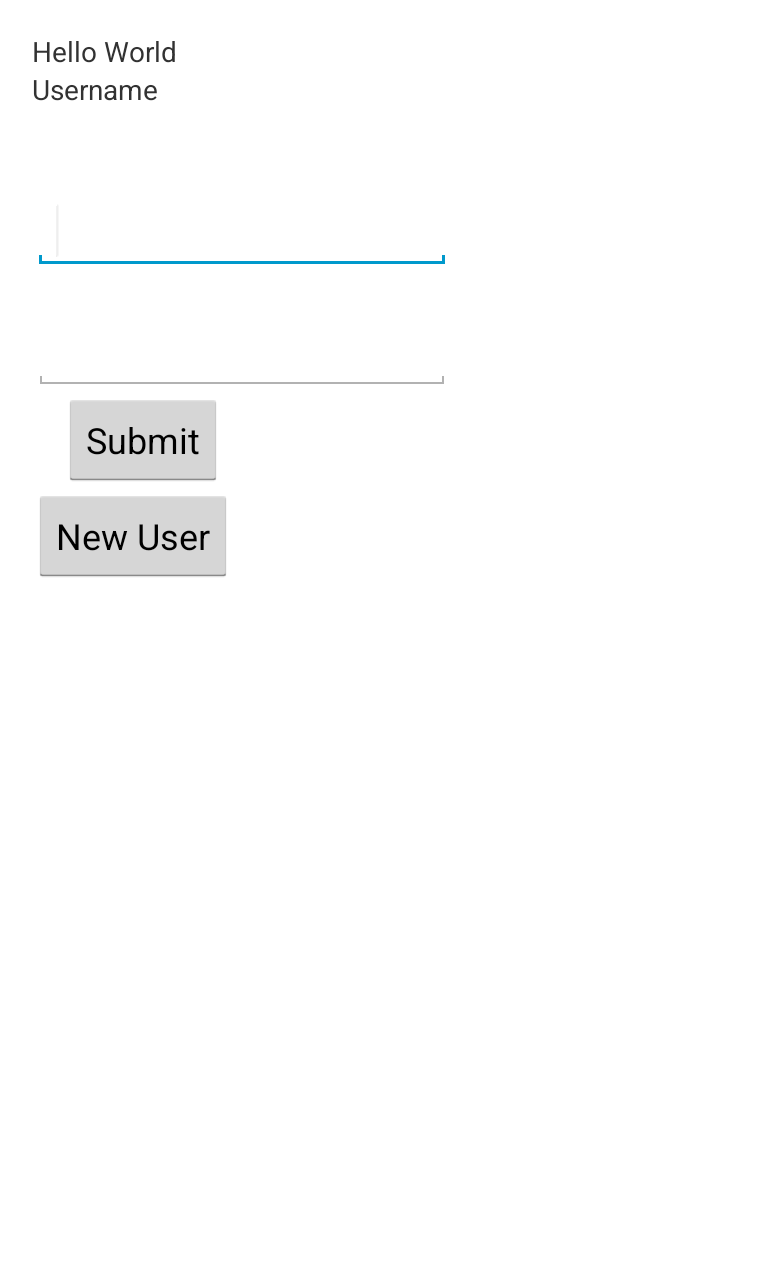
Repository: sbobra/women-startupweekend-sf
Layout: LaundryList/res/layout/activity_login.xml
The author's editor kept a copy of each file at every save. The layout is drawn from the files as they stood at one save, then again after a run of saves.
It is drawn on a 768 x 1280 px phone screen (xhdpi) without system bars, with theme AppTheme; the app's code is not run.

Above is the layout before, as saved 2013-09-15 01:14:40.

### LaundryList/res/layout/activity_login.xml
<LinearLayout xmlns:android="http://schemas.android.com/apk/res/android"
    xmlns:tools="http://schemas.android.com/tools"
    android:layout_width="match_parent"
    android:layout_height="match_parent"
    android:paddingBottom="@dimen/activity_vertical_margin"
    android:paddingLeft="@dimen/activity_horizontal_margin"
    android:paddingRight="@dimen/activity_horizontal_margin"
    android:paddingTop="@dimen/activity_vertical_margin"
    android:orientation="vertical"
    tools:context=".LoginActivity" >

    <TextView
        android:id="@+id/textView1"
        android:layout_width="wrap_content"
        android:layout_height="wrap_content"
        android:text="@string/hello_world" />

    <TextView
        android:id="@+id/textView2"
        android:layout_width="wrap_content"
        android:layout_height="wrap_content"
        android:text="Username" />

    <EditText
        android:id="@+id/usernameTextBox"
        android:layout_width="wrap_content"
        android:layout_height="wrap_content"
        android:layout_marginTop="42dp"
        android:ems="10"
        android:inputType="textEmailAddress" >

        <requestFocus />
    </EditText>

    <EditText
        android:id="@+id/passwordTextBox"
        android:layout_width="wrap_content"
        android:layout_height="wrap_content"
        android:layout_marginTop="21dp"
        android:ems="10"
        android:inputType="textPassword" />

    <Button
        android:id="@+id/loginButton"
        android:layout_width="wrap_content"
        android:layout_height="wrap_content"
        android:layout_marginLeft="15dp"
        android:text="Submit" />

    <Button
        android:id="@+id/newAcctButton"
        android:layout_width="wrap_content"
        android:layout_height="wrap_content"
        android:text="New User" />

</LinearLayout>

### LaundryList/res/values/strings.xml
<!--
  Copyright 2012 The Android Open Source Project

  Licensed under the Apache License, Version 2.0 (the "License");
  you may not use this file except in compliance with the License.
  You may obtain a copy of the License at

      http://www.apache.org/licenses/LICENSE-2.0

  Unless required by applicable law or agreed to in writing, software
  distributed under the License is distributed on an "AS IS" BASIS,
  WITHOUT WARRANTIES OR CONDITIONS OF ANY KIND, either express or implied.
  See the License for the specific language governing permissions and
  limitations under the License.
-->

<resources xmlns:xliff="urn:oasis:names:tc:xliff:document:1.2">

    <string name="hello_world">Hello World</string>
    <!-- Titles -->
    <string name="app_name">Animations Demo</string>
    <string name="title_crossfade">Simple Crossfade</string>
    <string name="title_card_flip">Card Flip</string>
    <string name="title_screen_slide">Screen Slide</string>
    <string name="title_zoom">Zoom</string>
    <string name="title_layout_changes">Layout Changes</string>
    <string name="title_template_step">Page <xliff:g id="step_number">%1$d</xliff:g>: Lorem
        Ipsum</string>
    <string name="title_template_explore">EXPLORE</string>
    <string name="title_template_home">HOME</string>
    <string name="title_template_goal">NEW GOAL</string>

    <!-- Actions -->
    <string name="action_toggle">Toggle indicator</string>
    <string name="action_add_item">Add item</string>
    <string name="action_remove_item">Remove item</string>
    <string name="action_previous">Previous</string>
    <string name="action_next">Next</string>
    <string name="action_finish">Finish</string>
    <string name="action_info">Photo info</string>
    <string name="action_photo">View photo</string>

    <!-- Messages -->
    <string name="message_empty_layout_changes">Add an item above to get started.</string>
    <string name="message_zoom_touch_expand">Touch a photo to expand it.</string>

    <!-- Accessibility-only descriptions -->
    <string name="description_image_1">Image 1</string>
    <string name="description_image_2">Image 2</string>
    <string name="description_zoom_touch_close">Expanded image (touch to close)</string>

    <!-- Other strings -->
    <string name="card_back_title">Angry Red Android</string>
    <string name="card_back_description"><![CDATA[Lorem ipsum dolor sit]]></string>
    <string name="lorem_ipsum"><![CDATA[Lorem ipsum dolor sit amet, consectetur adipiscing elit. Mauris et magna ut erat elementum cursus in quis ipsum. Nam faucibus ultrices eros, vel tempor leo semper sit amet. Duis magna quam, congue vitae interdum nec, condimentum ut lectus. Sed commodo venenatis eros a dignissim. Nunc adipiscing turpis nec magna venenatis at ultricies ipsum bibendum. Sed volutpat urna quis nisi vulputate egestas. Etiam eu dui a enim lacinia dapibus. Pellentesque habitant morbi tristique senectus et netus et malesuada fames ac turpis egestas.\n\nPhasellus orci mi, eleifend nec congue id, volutpat at neque. Cum sociis natoque penatibus et magnis dis parturient montes, nascetur ridiculus mus. Integer semper velit vel leo rutrum sed fermentum elit porta.]]></string>

</resources>

Loaded but not shown: LaundryList/res/values/styles.xml (common file); LaundryList/res/values-v11/styles.xml (common file); LaundryList/res/values-v14/styles.xml (common file); LaundryList/res/values/dimens.xml (common file)

After the next 2 saves:
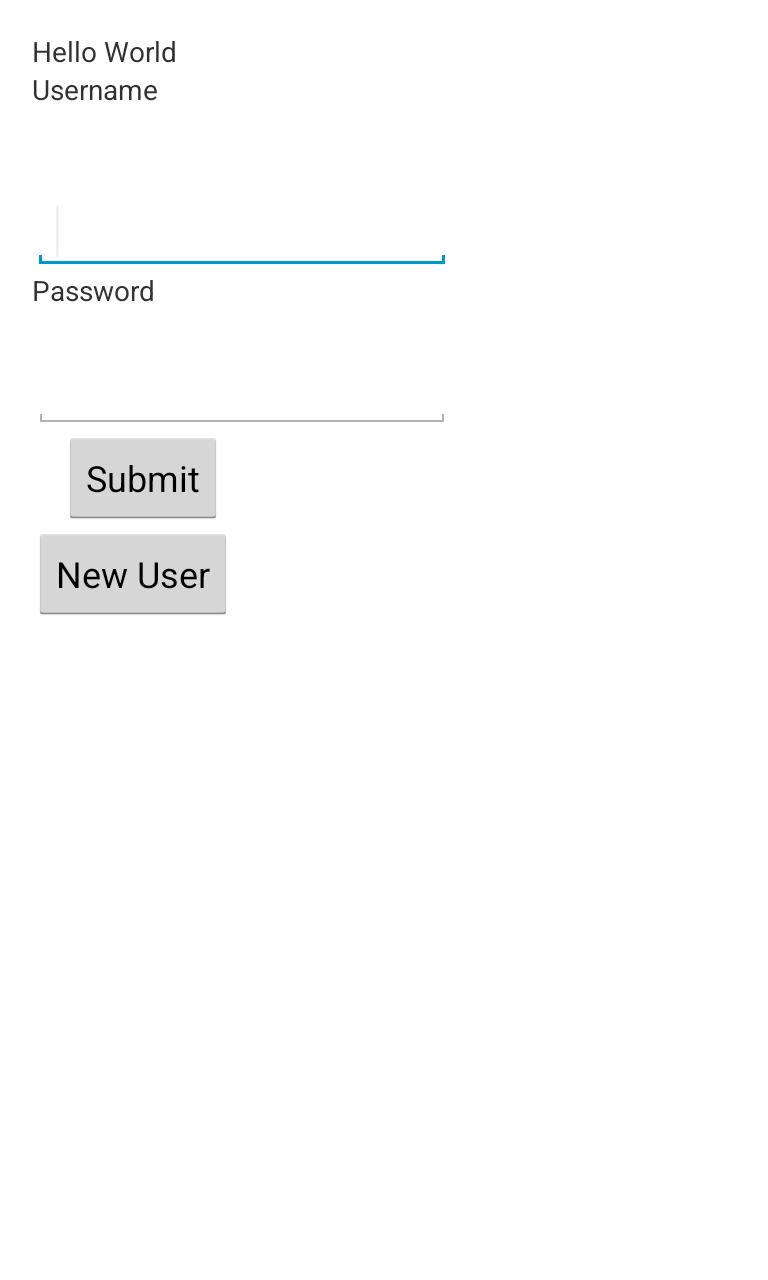
The 2 saves are shown as one change because they came seconds apart.
The last was saved 11 s later.
--- a/LaundryList/res/layout/activity_login.xml
+++ b/LaundryList/res/layout/activity_login.xml
@@ -32,6 +32,12 @@
         <requestFocus />
     </EditText>
 
+    <TextView
+        android:id="@+id/textView3"
+        android:layout_width="wrap_content"
+        android:layout_height="wrap_content"
+        android:text="Password" />
+
     <EditText
         android:id="@+id/passwordTextBox"
         android:layout_width="wrap_content"
